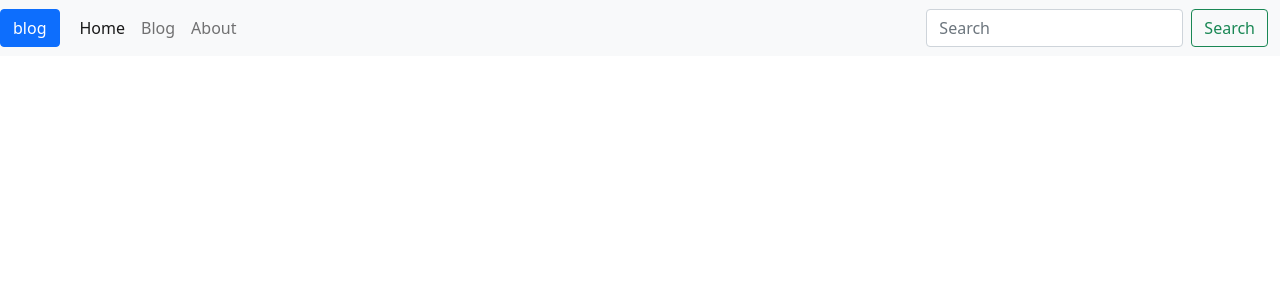
Repository: syni18/bootstrap_blog
Page: index.html
The author's editor kept a copy of each file at every save. The page is drawn from the files as they stood at one save, then again after the next save.
The browser window is 1280 px wide. The pictures show the whole page.

Above is the page before, as saved 2023-10-25 20:45:34.

### index.html
<!DOCTYPE html>
<html lang="en">
  <head>
    <meta charset="UTF-8" />
    <meta name="viewport" content="width=device-width, initial-scale=1.0" />
    <link
      href="https://cdn.jsdelivr.net/npm/bootstrap@5.0.2/dist/css/bootstrap.min.css"
      rel="stylesheet"
      integrity="sha384-EVSTQN3/azprG1Anm3QDgpJLIm9Nao0Yz1ztcQTwFspd3yD65VohhpuuCOmLASjC"
      crossorigin="anonymous"
    />
    <script
      src="https://cdn.jsdelivr.net/npm/bootstrap@5.0.2/dist/js/bootstrap.bundle.min.js"
      integrity="sha384-MrcW6ZMFYlzcLA8Nl+NtUVF0sA7MsXsP1UyJoMp4YLEuNSfAP+JcXn/tWtIaxVXM"
      crossorigin="anonymous"
    ></script>
    <title>Blogging</title>
  </head>
  <body>
    <nav class="navbar navbar-expand-lg navbar-light bg-light">
      <button
        class="btn btn-primary ml-10"
        type="button"
        data-bs-toggle="offcanvas"
        data-bs-target="#offcanvasScrolling"
        aria-controls="offcanvasScrolling"
      >
        blog
      </button>

      <div
        class="offcanvas offcanvas-start"
        data-bs-scroll="true"
        data-bs-backdrop="false"
        tabindex="-1"
        id="offcanvasScrolling"
        aria-labelledby="offcanvasScrollingLabel"
      >
        <div class="offcanvas-header">
          <h5 class="offcanvas-title" id="offcanvasScrollingLabel">
           Blog
          </h5>
          <button
            type="button"
            class="btn-close"
            data-bs-dismiss="offcanvas"
            aria-label="Close"
          ></button>
        </div>
        <div class="offcanvas-body">
          <p>
            Try scrolling the rest of the page to see this option in action.
          </p>
        </div>
      </div>
      <div class="container-fluid">
        <!-- <a class="navbar-brand" href="#"> Blog </a>
        <button
          class="navbar-toggler"
          type="button"
          data-bs-toggle="collapse"
          data-bs-target="#navbarSupportedContent"
          aria-controls="navbarSupportedContent"
          aria-expanded="false"
          aria-label="Toggle navigation"
        >
          <span class="navbar-toggler-icon"></span>
        </button> -->
        <div class="collapse navbar-collapse" id="navbarSupportedContent">
          <ul class="navbar-nav me-auto mb-2 mb-lg-0">
            <li class="nav-item">
              <a class="nav-link active" aria-current="page" href="#"> Home </a>
            </li>
            <li class="nav-item">
              <a class="nav-link" href="#"> Blog </a>
            </li>
            <!-- <li class="nav-item dropdown">
              <a
                class="nav-link dropdown-toggle"
                href="#"
                id="navbarDropdown"
                role="button"
                data-bs-toggle="dropdown"
                aria-expanded="false"
              >
                Dropdown
              </a>
              <ul class="dropdown-menu" aria-labelledby="navbarDropdown">
                <li>
                  <a class="dropdown-item" href="#">
                    Action
                  </a>
                </li>
                <li>
                  <a class="dropdown-item" href="#">
                    Another action
                  </a>
                </li>
                <li>
                  <hr class="dropdown-divider" />
                </li>
                <li>
                  <a class="dropdown-item" href="#">
                    Something else here
                  </a>
                </li>
              </ul>
            </li> -->
            <li class="nav-item">
              <a class="nav-link" href="#"> About </a>
            </li>
          </ul>
          <form class="d-flex">
            <input
              class="form-control me-2"
              type="search"
              placeholder="Search"
              aria-label="Search"
            />
            <button class="btn btn-outline-success" type="submit">
              Search
            </button>
          </form>
        </div>
      </div>
    </nav>
  </body>
</html>

After the next save:
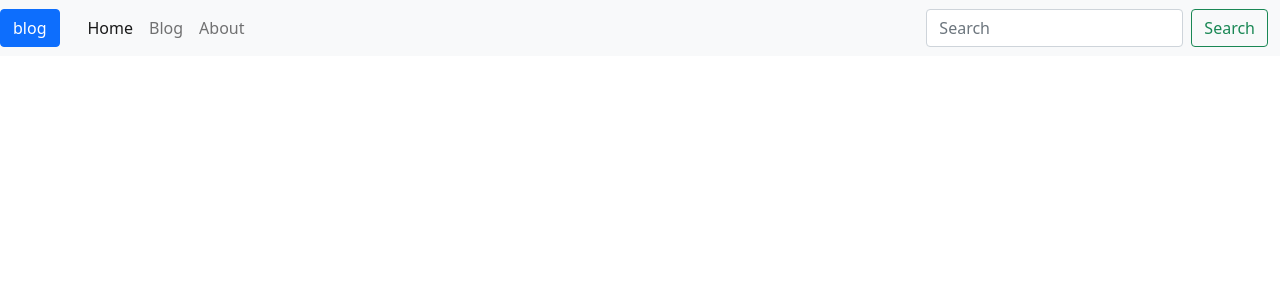
Saved 42 s later.
--- a/index.html
+++ b/index.html
@@ -19,7 +19,7 @@
   <body>
     <nav class="navbar navbar-expand-lg navbar-light bg-light">
       <button
-        class="btn btn-primary ml-10"
+        class="btn btn-primary me-2"
         type="button"
         data-bs-toggle="offcanvas"
         data-bs-target="#offcanvasScrolling"
